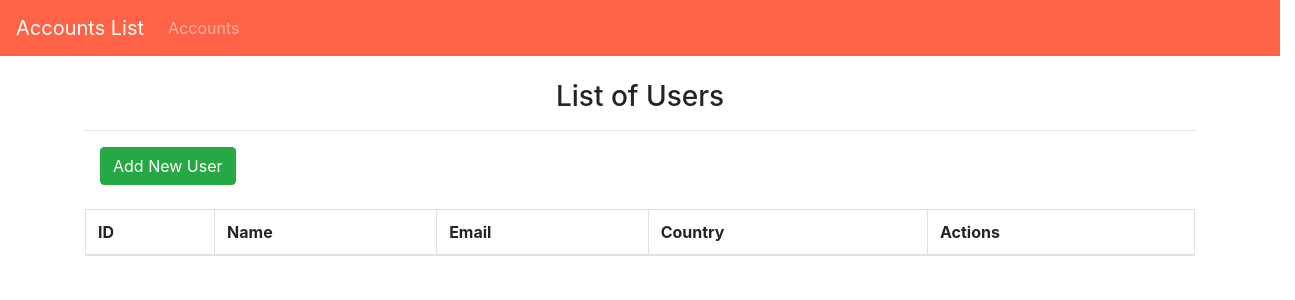
Repository: rukmini10/DXC
Page: http://localhost/Account/user-list.jsp
These files come from the project's save history. The page is drawn as it stood at one moment and after the next save; the edit follows.
The browser window is 1280 px wide. The page is 1295 px wide, so the pictures cover 1295 px, including what lies to the right of the window. The pictures show the whole page.
The page is served by Tomcat 9.

Above is the page before, as saved 2022-05-05 06:00:33.

After the next save:
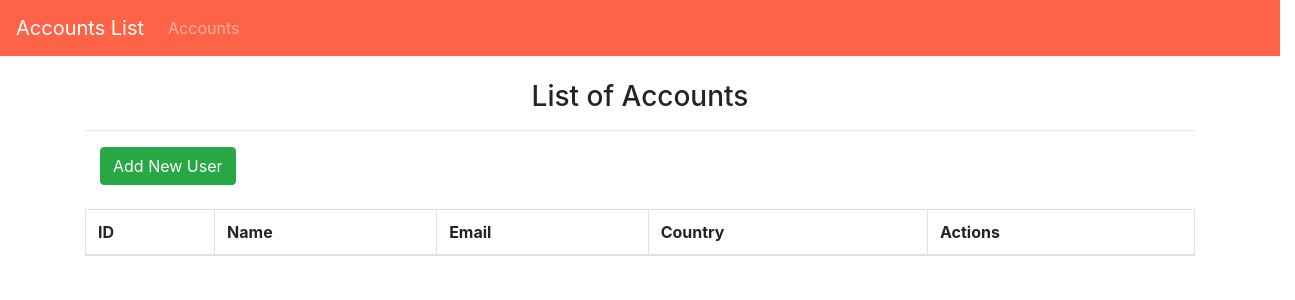
Saved 19 s later.
--- a/DXC_MAVEN/Account/src/main/webapp/user-list.jsp
+++ b/DXC_MAVEN/Account/src/main/webapp/user-list.jsp
@@ -27,7 +27,7 @@
                 <!-- <div class="alert alert-success" *ngIf='message'>{{message}}</div> -->
 
                 <div class="container">
-                    <h3 class="text-center">List of Users</h3>
+                    <h3 class="text-center">List of Accounts</h3>
                     <hr>
                     <div class="container text-left">
 

After the save that followed:
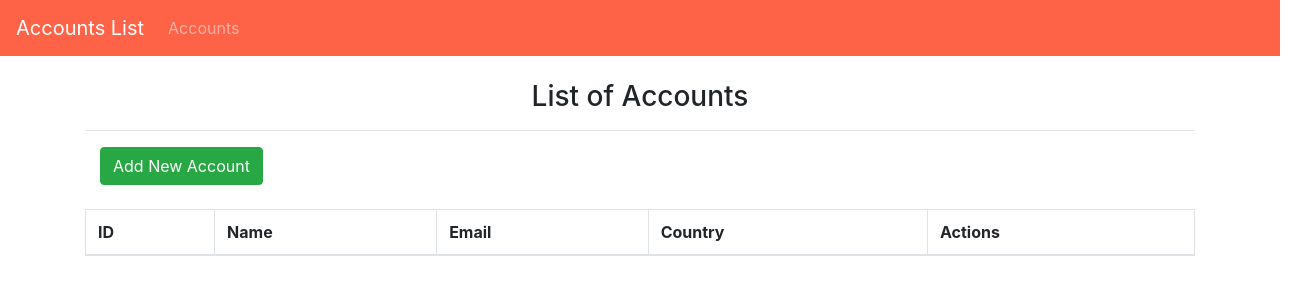
Saved 28 s later.
--- a/DXC_MAVEN/Account/src/main/webapp/user-list.jsp
+++ b/DXC_MAVEN/Account/src/main/webapp/user-list.jsp
@@ -31,8 +31,7 @@
                     <hr>
                     <div class="container text-left">
 
-                        <a href="<%=request.getContextPath()%>/new" class="btn btn-success">Add
-     New User</a>
+                        <a href="<%=request.getContextPath()%>/new" class="btn btn-success">Add New Account</a>
                     </div>
                     <br>
                     <table class="table table-bordered">
